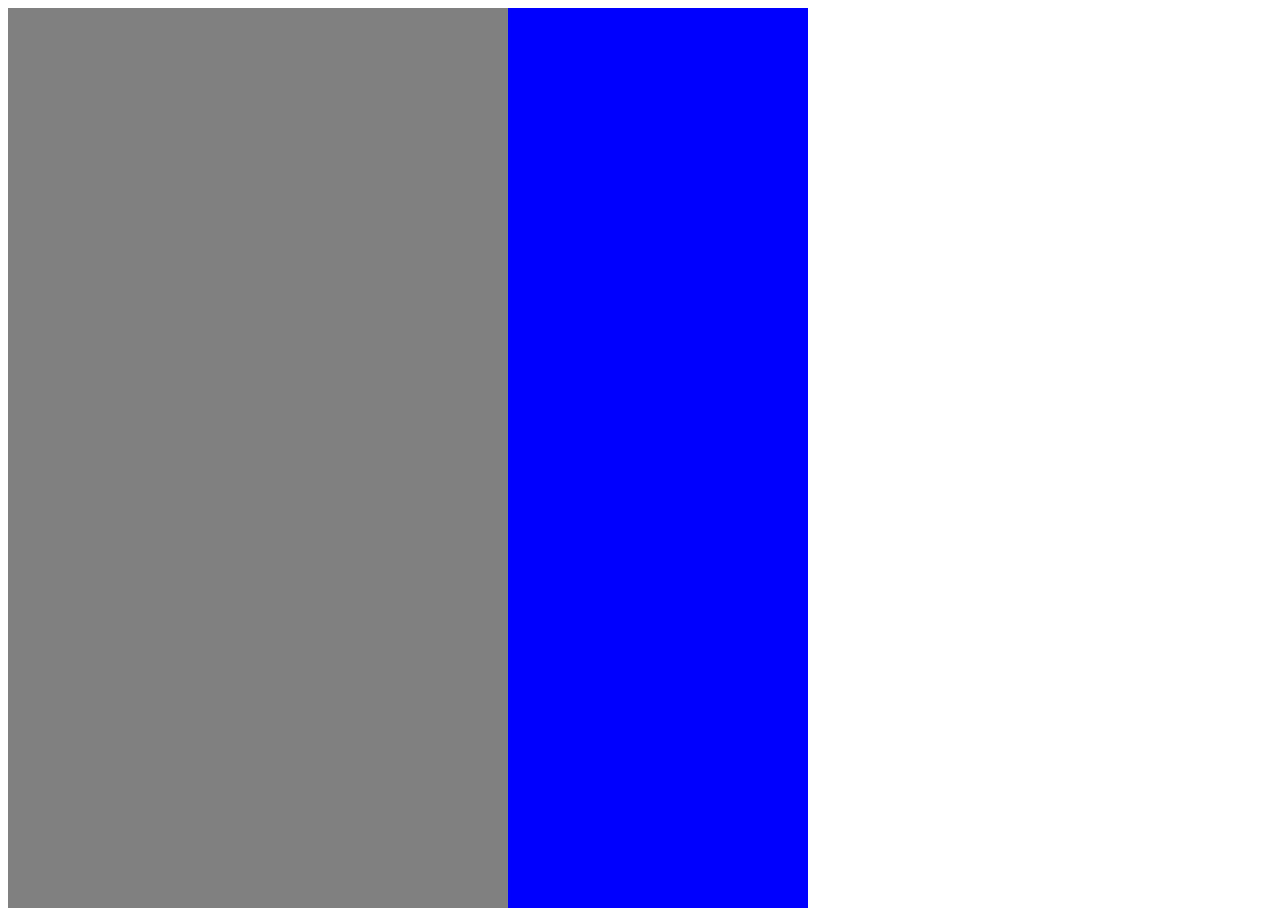
Repository: Tobby004/bdc-assignment-3
Page: task.html
An editor plug-in stored every save of this project. The page is shown before and after the next save, followed by the edit.
The browser window is 1280 px wide. The pictures show the whole page.

Above is the page before, as saved 2023-02-21 02:20:30.

After the next save:
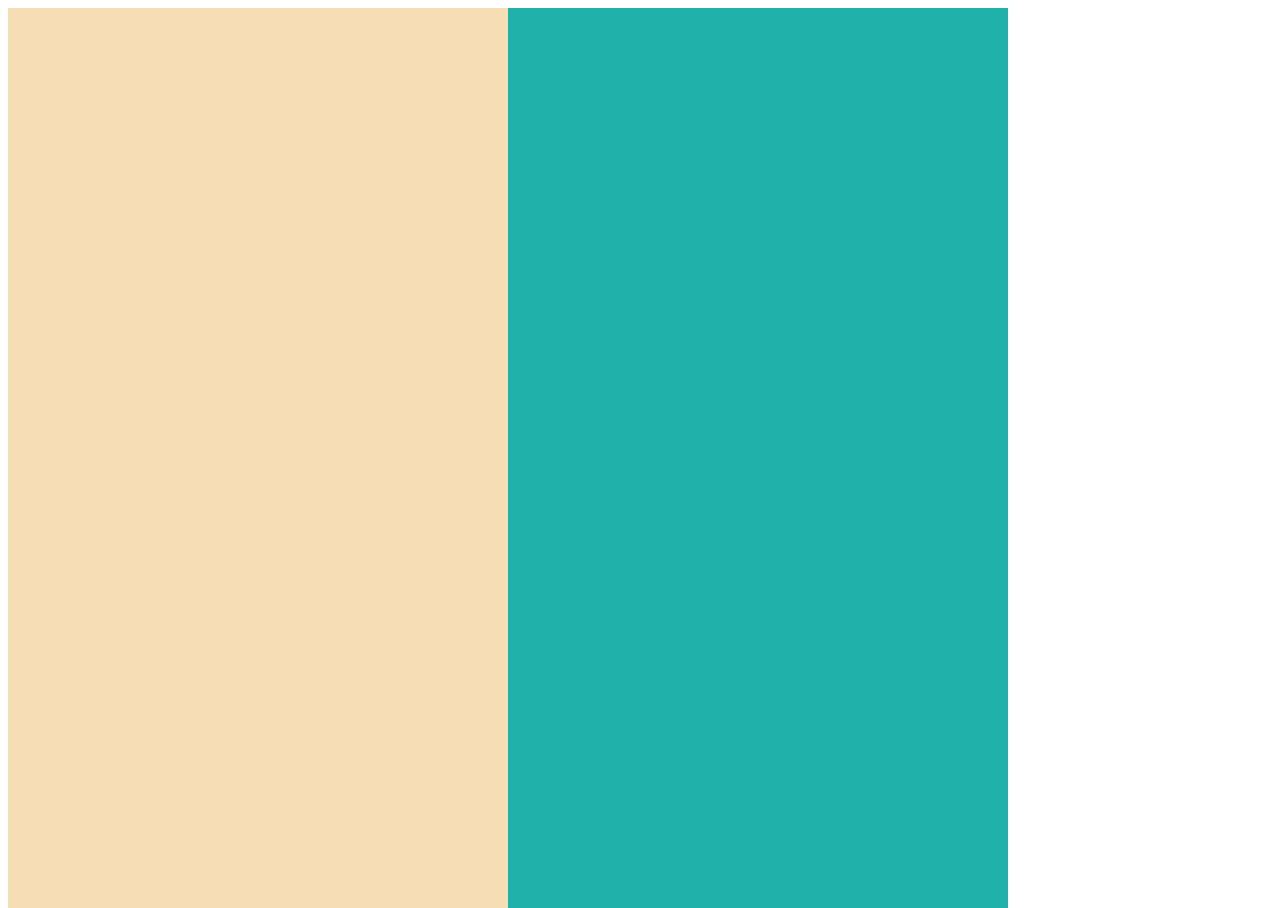
Saved 3 min 58 s later.
--- a/task.css
+++ b/task.css
@@ -3,22 +3,21 @@
 }
 box.container {
     display: flex;
-    width: 600px;
+    justify-content: space-between;
+    width: 1000px;
     height: 500px;
 }
 .box1 {
     float: left;
      width: 500px;
      height: 900px;
-     background-color: grey;
-     border: 10px;
-     border-color: blue;
+     background-color: wheat;
 }
 .box2 {
-    float: left;
-width: 300px;
+float: left;
+width: 500px;
 height: 900px;
-background-color: blue;
+background-color: lightseagreen;
 }
 body {
     background-color: white;
